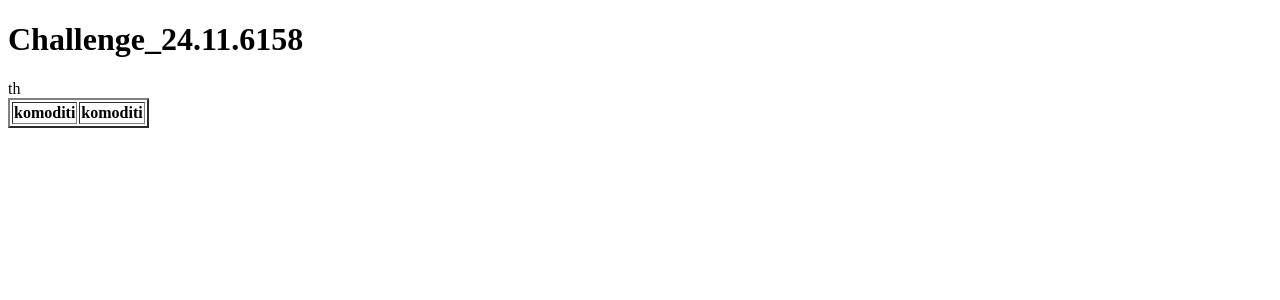
Repository: RoyyanSuryanto/Challenge_24116158
Page: Pertemuan 4/Challenge_24116158.html
The author's editor kept a copy of each file at every save. The page is drawn from the files as they stood at one save, then again after a run of saves.
The browser window is 1280 px wide. The pictures show the whole page.

Above is the page before, as saved 2026-04-20 09:34:56.

After the next 2 saves:
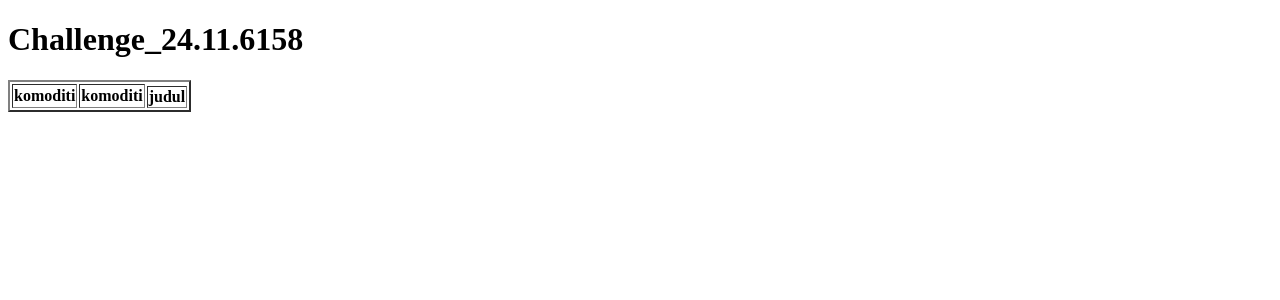
The 2 saves are shown as one change because they came seconds apart.
The last was saved 89 s later.
--- a/Pertemuan 4/Challenge_24116158.html
+++ b/Pertemuan 4/Challenge_24116158.html
@@ -17,7 +17,7 @@
         </tr>
 
         <tr>
-            th
+            <th>judul</th>
         </tr>
     </table>
 </body>
